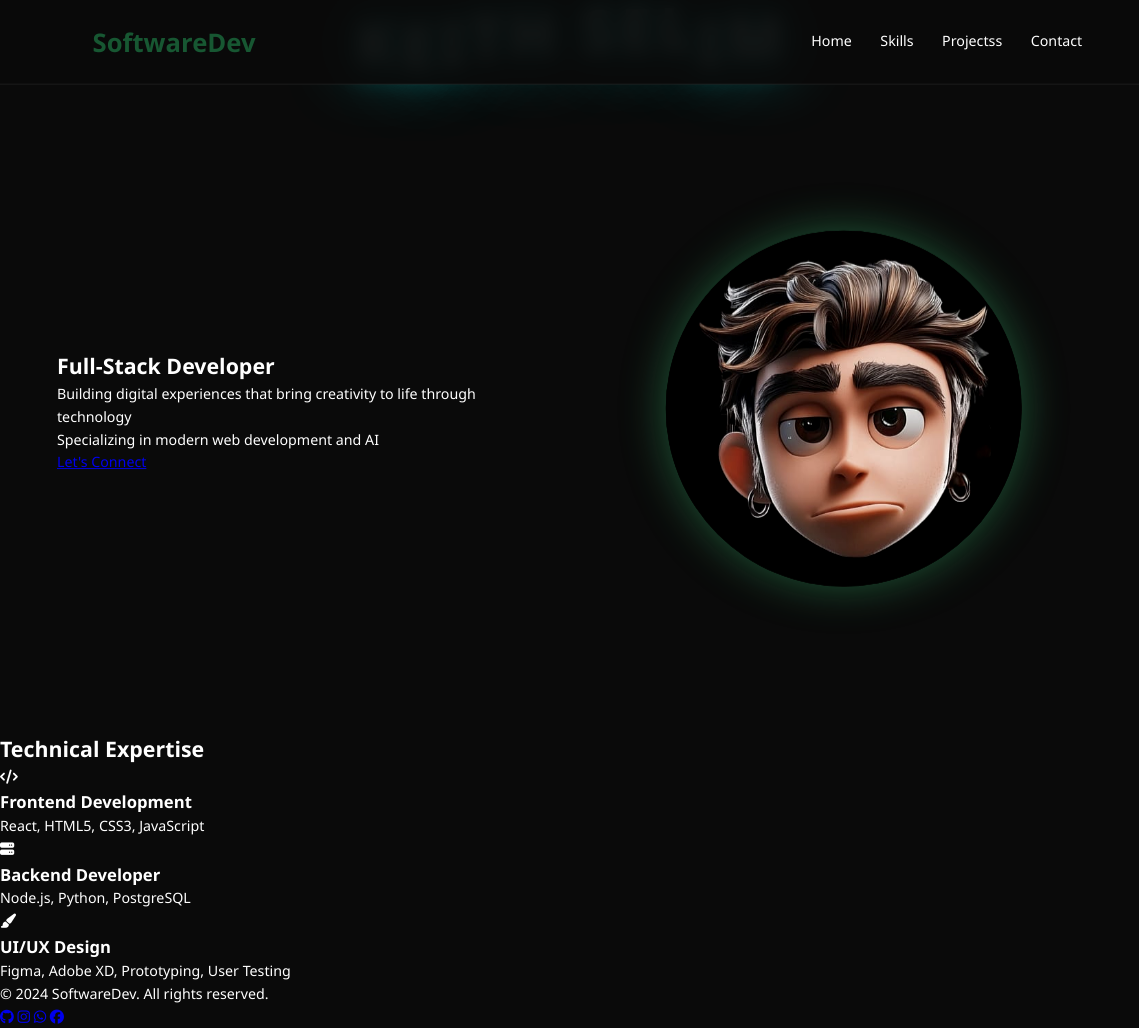
Repository: PEEZYBEE/my-personal-website
Page: index.html
The author's editor kept a copy of each file at every save. The page is drawn from the files as they stood at one save, then again after a run of saves.
The browser window is 1280 px wide. The pictures show the whole page, at 89% of full size.

Above is the page before, as saved 2025-03-01 21:08:45.

After the next 2 saves:
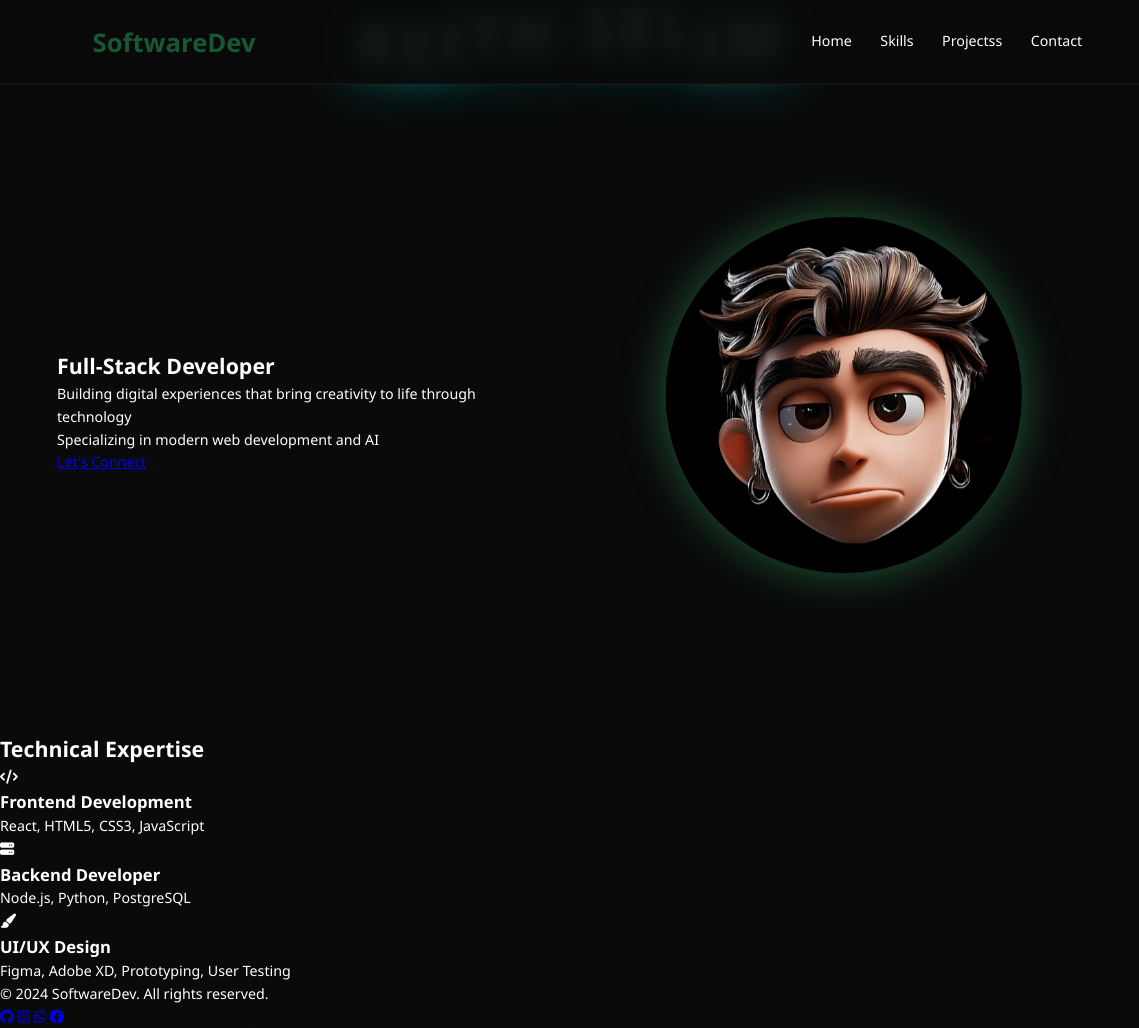
The 2 saves are shown as one change because they came seconds apart.
The last was saved 7 s later.
--- a/style.css
+++ b/style.css
@@ -156,5 +156,5 @@ body{
 
 @keyframes float {
     0%, 100%{ transform: translateY(0);}
-    50% { transform: translateY();}
+    50% { transform: translateY(-20px);}
 }
